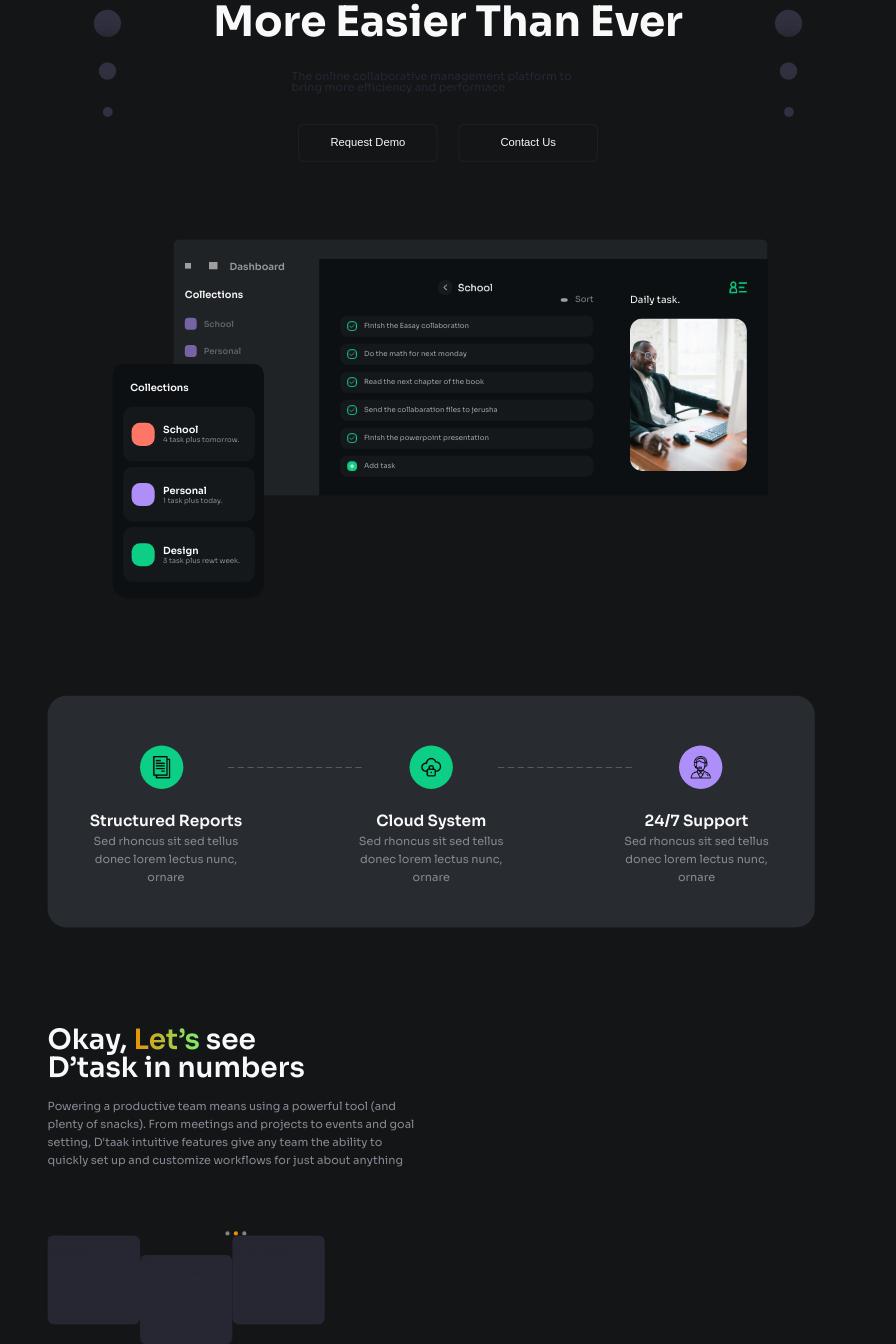
Repository: anhthiethumg/Task_Managerment_Website
Page: index.html
These files come from the project's save history. The page is drawn as it stood at one moment and after a run of saves; the edit follows.
The browser window is 1280 px wide. The pictures show the part of the page from y = 320 to 2240 px (the page is 2240 px tall), at 70% of full size.
Pictures or frames that could not be fetched are drawn as grey boxes. A picture or video elsewhere on the page could not be fetched, so the positions and the page height are approximate.

Above is the page before, as saved 2023-07-29 00:41:56.

### index.html
<!DOCTYPE html>
<html lang="en">
  <head>
    <meta charset="UTF-8" />
    <meta name="viewport" content="width=device-width, initial-scale=1.0" />
    <title>Task Managerment Website</title>
    <!-- Reset Css -->
    <link rel="stylesheet" href="./assets/css/reset.css" />

    <!-- CSS -->
    <link rel="stylesheet" href="./assets/css/styles.css" />

    <!-- Embed Font-->

    <link rel="preconnect" href="https://fonts.googleapis.com" />
    <link rel="preconnect" href="https://fonts.gstatic.com" crossorigin />
    <link
      href="https://fonts.googleapis.com/css2?family=Sora:wght@400;600;700;800&display=swap"
      rel="stylesheet"
    />
  </head>
  <body>
    <!-- Header -->
    <section class="header">
      <div class="container">
        <navbar class="row nav">
          <img src="./assets/image/logo.svg" alt="Task." />
          <div class="nav-list">
            <a class="nav-item" href="#!">Home</a>
            <a class="nav-item" href="#!">Products</a>
            <a class="nav-item" href="#!">Guidlines</a>
            <a class="nav-item" href="#!">Guidlines</a>
          </div>
          <button class="btn nav-btn">Sign In</button>
        </navbar>
        <section class="hero">
          <div class="row hero__content">
            <div class="stacked-circles">
              <div class="circles"></div>
              <div class="circles"></div>
              <div class="circles"></div>
              <div class="circles"></div>
            </div>
            <div class="hero--content__heading">
              <h1 class="hero__heading">
                Make <span class="heading__liner">Management</span> Way More
                Easier Than Ever
              </h1>
              <p class="hero__desc section-desc">
                The online collaborative management platform to bring more
                efficiency and performace
              </p>
              <div class="hero-btn row">
                <button type="button" class="btn hero__btn">
                  Request Demo
                </button>
                <button type="button" class="btn hero__btn">Contact Us</button>
              </div>
            </div>
            <div class="stacked-circles">
              <div class="circles"></div>
              <div class="circles"></div>
              <div class="circles"></div>
              <div class="circles"></div>
            </div>
          </div>
          <section class="task-manager row">
            <sidebar class="sidebar">
              <div class="row sidebar__header">
                <img
                  src="./assets/icons/icon-sidebar.svg"
                  alt="icon-sidebar"
                  class="icon__sidebar"
                />
                <img
                  src="./assets/icons/dashboard-icon.svg"
                  alt="dashboard-icon"
                  class="dashboard-icon"
                />
                <h4 class="sidebar__heading">Dashboard</h4>
              </div>
              <div class="sidebar__list">
                <h4 class="sidebar__list--heading">Collections</h4>
                <div class="sidebar__list--item">
                  <h5 class="sidebar__item--content">School</h5>
                </div>
                <div class="sidebar__list--item">
                  <h5 class="sidebar__item--content">Personal</h5>
                </div>
              </div>
            </sidebar>
            <section class="task-manager__section">
              <div class="task__header row">
                <img src="./assets/icons/school.png" alt="Back" class="back" />
                <img
                  src="./assets/icons/contact us icon.png"
                  alt="Contact"
                  class="contact-us"
                />
              </div>
              <div class="task__content row">
                <div class="list--work">
                  <div class="list-sort">Sort</div>
                  <div class="work--item">Finish the Easay collaboration</div>
                  <div class="work--item">Do the math for next monday</div>
                  <div class="work--item">
                    Read the next chapter of the book
                  </div>
                  <div class="work--item">
                    Send the collabaration files to jerusha
                  </div>
                  <div class="work--item">
                    Finish the powerpoint presentation
                  </div>
                  <div class="work--item">Add task</div>
                </div>
                <div class="daily-task">
                  <div class="dailytask__heading">Daily task.</div>
                  <img
                    class="dailytask__img"
                    src="./assets/image/Rectangle 50.png"
                    alt="Daily task"
                  />
                </div>
              </div>
              <div class="card">
                <div class="card__heading">Collections</div>
                <div class="card__list">
                  <div class="card__item">
                    <div class="card__item--icon"></div>
                    <div class="card__item--content">
                      <h4 class="card__item--title">School</h4>
                      <p class="card__item--desc">4 task plus tomorrow.</p>
                    </div>
                  </div>
                  <div class="card__item">
                    <div class="card__item--icon"></div>
                    <div class="card__item--content">
                      <h4 class="card__item--title">Personal</h4>
                      <p class="card__item--desc">1 task plus today.</p>
                    </div>
                  </div>
                  <div class="card__item">
                    <div class="card__item--icon"></div>
                    <div class="card__item--content">
                      <h4 class="card__item--title">Design</h4>
                      <p class="card__item--desc">3 task plus rewt week.</p>
                    </div>
                  </div>
                </div>
              </div>
            </section>
          </section>
        </section>
      </div>
    </section>

    <!-- Main -->
    <main class="main">
      <div class="container">
        <!-- Services -->
        <section class="services">
          <div class="services__icon--list">
            <div class="services__icon--bg">
              <img
                src="./assets/icons/report.png"
                alt="Report"
                class="services__icon"
              />
            </div>
            <img src="./assets/icons/dash line-1.svg" alt="dash-line" />
            <div class="services__icon--bg">
              <img
                src="./assets/icons/server.png"
                alt="Server"
                class="services__icon"
              />
            </div>

            <img src="./assets/icons/dash line-1.svg" alt="dash-line" />
            <div class="services__icon--bg">
              <img
                src="./assets/icons/support.png"
                alt="Support"
                class="services__icon"
              />
            </div>
          </div>
          <div class="services__list row">
            <div class="services__items">
              <h3 class="services__heading">Structured Reports</h3>
              <p class="services__desc">
                Sed rhoncus sit sed tellus donec lorem lectus nunc, ornare
              </p>
            </div>
            <div class="services__items">
              <h3 class="services__heading">Cloud System</h3>
              <p class="services__desc">
                Sed rhoncus sit sed tellus donec lorem lectus nunc, ornare
              </p>
            </div>
            <div class="services__items">
              <h3 class="services__heading">24/7 Support</h3>
              <p class="services__desc">
                Sed rhoncus sit sed tellus donec lorem lectus nunc, ornare
              </p>
            </div>
          </div>
        </section>

        <!-- Static -->

        <section class="static row">
          <section class="static__content">
            <h2 class="static__heading section__heading">
              Okay, <span class="heading__liner">Let’s</span> see D’task in numbers
            </h2>
            <p class="static__desc section__desc">
              Powering a productive team means using a powerful tool (and plenty of snacks). From meetings and projects to events and goal setting, D'taak intuitive features give any team the ability to quickly set up and customize workflows for just about anything
            </p>
            <div class="static__dot row">
              <div class="dot"></div>
              <div class="dot"></div>
              <div class="dot"></div>
            </div>
            <div class="static__list row">
              <div class="static__item">
                <div class="static--item__number">
                  12M
                </div>
                <div class="static--item__title">
                  Support
                </div>
              </div>
              <div class="static__item">
                <div class="static--item__number">
                  16
                </div>
                <div class="static--item__title">
                  Active User
                </div>
              </div>
              <div class="static__item">
                <div class="static--item__number">
                  7/24
                </div>
                <div class="static--item__title">
                  Languages
                </div>
              </div>
            </div>
          </section>
        </section>
      </div>
    </main>
  </body>
</html>

### assets/css/styles.css
* {
  box-sizing: border-box;
}

html {
  font-size: 62.5%;
}

:root {
  color: var(--text-color-gray-2, #282c30);
  color: var(--text-color-white, #f9f9f9);
  color: var(
    --primary-color-leniar-color,
    linear-gradient(90deg, #eb9204 1.67%, #83e868 89.99%)
  );
  color: var(--primary-color-background, #131517);
  color: var(--text-color-dark-blue, #272633);
}
body {
  font-size: 1.6rem;
  font-family: "Sora", sans-serif;
  background: var(--primary-color-background, #131517);
}

/* Common */

a {
  text-decoration: none;
}

.container {
  width: 1144px;
  margin: 0 auto;
}

.row {
  display: flex;
}

.btn {
  width: 110px;
  height: 40px;
  border-radius: 8px;
  border: 1px solid var(--text-color-dark-blue, #272633);
  background: #131517;
  text-align: center;
}

.section__desc {
  color: var(--text-color-gray-1, #858b93);
  text-align: center;
  font-size: 1.6rem;
  font-weight: 400;
  line-height: 1.625;
}

.section__heading {
  color: var(--text-color-white, #f9f9f9);
  font-size: 4rem;
  font-weight: 600;
}
/* Header */

.header {
  margin-top: 40px;
  margin-bottom: 140px;
  padding-top: 10px;
}

/* Navbar */

.nav {
  justify-content: space-between;
  align-items: center;
  height: 40px;
  margin-bottom: 157px;
}

.nav-item {
  margin-right: 36px;
  color: var(--text-color-gray-1, #858b93);
  font-size: 1.6rem;
  font-weight: 400;
  line-height: 1.5;
}

.nav-item:hover {
  color: var(--text-color-white, #f9f9f9);
  text-decoration: underline;
}

.nav-btn {
  background: var(
    --primary-color-leniar-color,
    linear-gradient(90deg, #eb9204 1.67%, #83e868 89.99%)
  );
  background-clip: text;
  -webkit-background-clip: text;
  -webkit-text-fill-color: transparent;
  font-size: 1.6rem;
  font-weight: 400;
  line-height: 1.5;
}

/* hero-content */
.hero__content {
  padding: 0 25px;
  justify-content: space-between;
}
.hero__heading {
  margin: 0 auto 34px;
  width: 783px;
  color: var(--text-color-white, #f9f9f9);
  text-align: center;
  font-size: 6rem;
  font-weight: 700;
  line-height: 1.17;
}

.heading__liner {
  background: var(
    --primary-color-leniar-color,
    linear-gradient(90deg, #eb9204 1.67%, #83e868 89.99%)
  );
  background-clip: text;
  -webkit-background-clip: text;
  -webkit-text-fill-color: transparent;
}

.hero__desc {
  width: 447px;
  margin: 0 auto 44px;
}

.hero-btn {
  justify-content: center;
  gap: 30px;
}

.hero__btn {
  margin-bottom: 111px;
  width: 199px;
  height: 54px;
  color: var(--text-color-white, #f9f9f9);
  font-size: 1.6rem;
  font-weight: 400;
  line-height: 1.625;
}

.hero__btn:hover {
  background: var(
    --primary-color-leniar-color,
    linear-gradient(90deg, #eb9204 1.67%, #83e868 89.99%)
  );
}

/* hero circle */

.stacked-circles {
  display: flex;
  flex-direction: column;
  align-items: center;
  margin-top: -75px;
}

.circles {
  fill: linear-gradient(180deg, #111118 4.96%, rgba(43, 43, 61, 0) 100%);
  box-shadow: 0px 39px 31px 0px #313141 inset;
  border-radius: 50%;
}
.circles:first-child {
  width: 121px;
  height: 121px;
  margin-bottom: 41px;
}

.circles:nth-child(2) {
  width: 39px;
  height: 39px;
  margin-bottom: 36px;
}

.circles:nth-child(3) {
  width: 25px;
  height: 25px;
  margin-bottom: 39px;
}

.circles:last-child {
  width: 14px;
  height: 14px;
  flex-shrink: 0;
}

/* task manager */

.task-manager {
  width: 848px;
  height: 366px;
  border-radius: 8px 8px 0px 0px;
  background: #1f2326;
  margin-left: 180px;
}

.sidebar {
  padding: 18px 0 0 16px;
}

.sidebar__header {
  width: 192px;
  height: 39px;
  align-items: center;
}

.icon__sidebar {
  width: 9px;
  height: 9px;
  margin-right: 25px;
}

.dashboard-icon {
  width: 13px;
  height: 11px;
  margin-right: 17px;
}

.sidebar__heading {
  color: #98989c;
  font-size: 1.4rem;
  font-weight: 600;
}

.sidebar__list--heading {
  margin: 15px 0 15px;
  color: var(--text-color-white, #f9f9f9);
  font-size: 1.4rem;
  font-weight: 600;
}

.sidebar__list--item {
  width: 192px;
  height: 39px;
  display: flex;
  align-items: center;
}

.sidebar__list--item:hover {
  background: #2b2d2f;
}
.sidebar__item--content {
  color: var(--text-color-gray-1, #858b93);
  font-size: 1.2rem;
  font-weight: 600;
  opacity: 0.6000000238418579;
  display: flex;
  align-items: center;
}

.sidebar__item--content::before {
  display: inline-block;
  content: " ";
  width: 17px;
  height: 17px;
  border-radius: 5px;
  background: #ae8ff9;
  margin-right: 10px;
}

.task-manager__section {
  position: relative;
  margin-top: 28px;
  margin-right: 15px;
  background: #0d1012;
  width: 100%;
  padding: 30px;
}

.task__header {
  margin-left: 140px;
  justify-content: space-between;
}

.list--work {
  width: 362px;
  margin-right: 52px;
}

.list-sort {
  color: #838386;
  font-size: 1.2rem;
  font-weight: 400;
  text-align: right;
  height: 30px;
}

.list-sort::before {
  display: inline-block;
  content: " ";
  width: 10px;
  height: 5px;
  border-radius: 5px;
  margin-right: 10px;
  background-image: url(../icons/sort.svg);
  margin-left: 10px;
}
.work--item {
  display: flex;
  align-items: center;
  margin-bottom: 10px;
  width: 100%;
  height: 30px;
  border-radius: 10px;
  background: #14181b;
  color: #9ea1a7;
  font-size: 1rem;
  font-weight: 300;
}

.work--item:before {
  display: inline-block;
  content: " ";
  width: 14px;
  height: 14px;
  border-radius: 5px;
  margin-right: 10px;
  background-image: url(../icons/check.svg);
  margin-left: 10px;
}

.work--item:last-child:before {
  background-image: url(../icons/add.svg);
}

.dailytask__heading {
  color: var(--text-color-white, #f9f9f9);
  font-size: 1.4rem;
  font-weight: 400;
  margin-bottom: 20px;
}

.dailytask__img {
  width: 167px;
  height: 218px;
  flex-shrink: 0;
  border-radius: 17px;
  background: rgba(13, 16, 18, 0.24);
}

.card {
  position: absolute;
  width: 216px;
  height: 335px;
  border-radius: 15px 15px 22px 22px;
  background: #0d1012;
  padding: 26px 15px;
  left: -295px;
  top: 150px;
}

.card__heading {
  color: #f9f9f9;
  font-size: 1.4rem;
  font-weight: 600;
  margin-left: 10px;
  margin-bottom: 21px;
}

.card__item {
  display: flex;
  align-items: center;
  width: 188px;
  height: 78px;
  border-radius: 13px;
  background: #14181b;
  margin-bottom: 8px;
}
.card__item--icon {
  width: 33px;
  height: 33px;
  border-radius: 12px;
  margin: 12px;
}

.card__item:first-child .card__item--icon {
  background: var(--primary-color-dark-orange, #ff7667);
}

.card__item:nth-child(2) .card__item--icon {
  background: var(--primary-color-blue, #ae8ff9);
}

.card__item:last-child .card__item--icon {
  background: var(--primary-color-green, #0cce84);
}

.card__item--title {
  color: #fff;
  font-size: 1.4rem;
  font-weight: 600;
  margin-bottom: 3px;
}

.card__item--desc {
  color: var(--text-color-gray-1, #858b93);
  font-size: 1rem;
  font-weight: 400;
}

/* services */

.services {
  padding: 41px 50px 53px 50px;
  margin-top: 286px;
  margin-bottom: 140px;
  width: 1096px;
  height: 331px;
  border-radius: 27px;
  background: var(--text-color-gray-2, #282c30);
}

.services__icon--list {
  display: flex;
  align-items: center;
  justify-content: space-around;
  margin: 30px 50px;
}

.services__icon--bg {
  background: var(--primary-color-green, #0cce84);
  width: 62px;
  height: 62px;
  border-radius: 50%;
  display: flex;
  align-items: center;
  justify-content: center;
}

.services__icon--bg:nth-child(2) {
  background: var(--primary-color-dark-yellow, #ef8f00);
}

.services__icon--bg:last-child {
  background: var(--primary-color-blue, #ae8ff9);
}
.services__icon {
  width: 32px;
  height: 32px;
}

.services__list {
  justify-content: space-between;
}

.services__items {
  width: 238px;
  text-align: center;
}

.services__heading {
  color: var(--text-color-white, #f9f9f9);
  font-size: 2.2rem;
  font-weight: 600;
  line-height: 1.45;
}

.services__desc {
  color: #858b93;
  font-size: 1.6rem;
  font-weight: 400;
  line-height: 1.625;
}

/* Static */
.static__content {
  width: 537px;
}
.static__heading {
  width: 368px;
  margin-bottom: 22px;
}

.static__desc {
  width: 537px;
  height: 106px;
  text-align: left;
  margin-bottom: 86px;
}

.static__dot {
  gap: 6px;
  justify-content: center;
  margin-bottom: 28px;
}
.dot {
  width: 6px;
  height: 6px;
  border-radius: 50%;
  background: #838386;
}

.dot:nth-child(2) {
  background: #ef8f00;
}

.static__item {
  width: 132px;
  height: 127px;
  border-radius: 9px;
  background: var(--text-color-dark-blue, #272633);
}

.static__item:nth-child(odd) {
margin-top: -28px;
}

Loaded but not shown: assets/css/reset.css (common file)

After the next 2 saves:
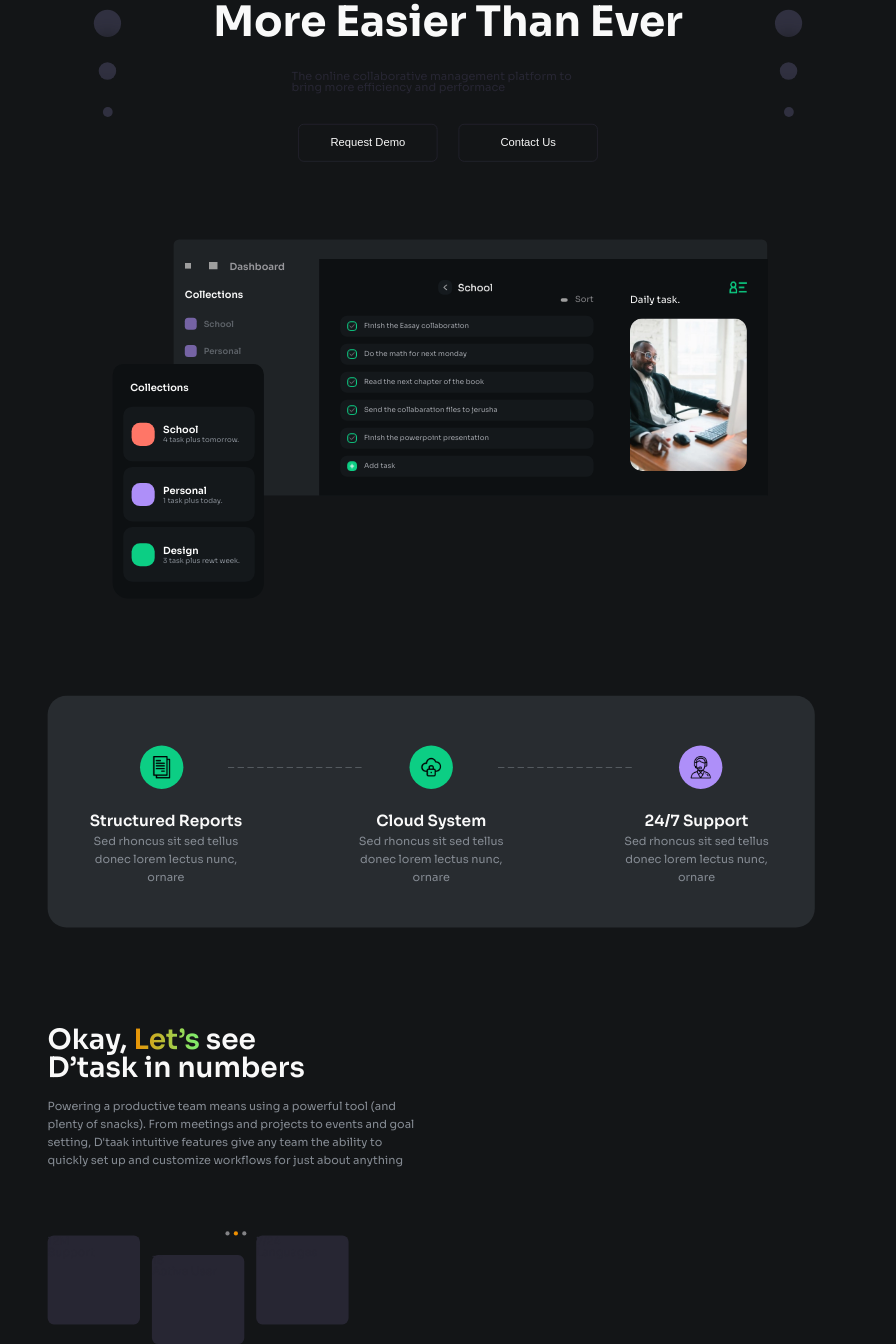
The 2 saves are shown as one change because they came seconds apart.
The last was saved 30 s later.
--- a/assets/css/styles.css
+++ b/assets/css/styles.css
@@ -502,6 +502,9 @@ a {
   background: #ef8f00;
 }
 
+.static__list {
+  gap: 17px;
+}
 .static__item {
   width: 132px;
   height: 127px;
